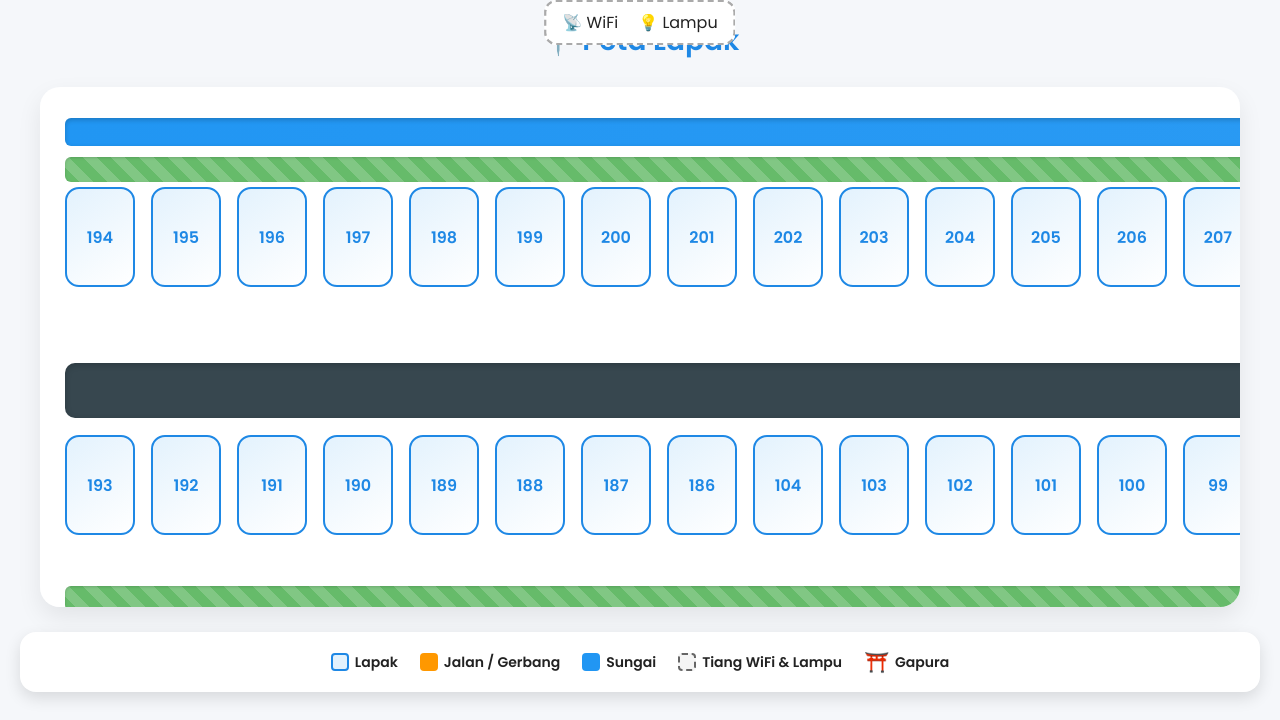
Repository: pasarrakyatbak/denah
Page: index.html
An editor plug-in stored every save of this project. The page is shown before and after a run of saves, followed by the edit.
The browser window is 1280 px wide. The pictures show the whole page.
An inner scrolling area shows only its first screen.

Above is the page before, as saved 2025-09-19 18:52:58.

### index.html
<!DOCTYPE html>
<html lang="id">

<head>
    <meta charset="utf-8" />
    <meta name="viewport" content="width=device-width, initial-scale=1" />
    <title>Peta Lapak Modern</title>
    <link href="https://fonts.googleapis.com/css2?family=Poppins:wght@400;600&display=swap" rel="stylesheet">
    <link rel="stylesheet" href="style.css" />
</head>

<body>
    <h1>📍 Peta Lapak</h1>

    <!-- Tooltip -->
    <div class="tooltip" id="tooltip"></div>

    <!-- Grid Container -->
    <div class="scroll-container">
        <div class="h-inner">

            <!-- Rumput kiri -->
            <div class="sungai-side">🌊 Sungai</div>
            <div class="rumput">
                <div class="fasilitas">
                    <span>📡 WiFi</span>
                    <span>💡 Lampu</span>
                </div>
            </div>

            <div class="row bottom" id="right-side"></div>

            <!-- Jalan utama -->
            <div class="road-wrapper">
                <div class="road">JALAN UTAMA</div>
            </div>

            <div class="row top" id="left-side"></div>

            <!-- Rumput kanan -->
            <div class="rumput">
                <div class="fasilitas">
                    <span>📡 WiFi</span>
                    <span>💡 Lampu</span>
                </div>
            </div>
            <div class="sungai-side">🌊 Sungai</div>
        </div>
    </div>


    <!-- Legend -->
    <div class="legend">
        <div>
            <div class="legend-color lapak-color"></div> Lapak
        </div>
        <div>
            <div class="legend-color jalan-color"></div> Jalan / Gerbang
        </div>
        <div>
            <div class="legend-color sungai-color"></div> Sungai
        </div>
        <div>
            <div class="legend-color tiang-color"></div> Tiang WiFi & Lampu
        </div>
        <div>
            <div class="legend-icon">⛩️</div> Gapura
        </div>
    </div>
    </div>

    <script src="script.js"></script>
</body>

</html>

### style.css
/* Reset & Base */
* {
    margin: 0;
    padding: 0;
    box-sizing: border-box;
}

body {
    font-family: 'Poppins', sans-serif;
    background: #f5f7fa;
    color: #222;
    padding: 20px;
    text-align: center;
}

h1 {
    font-size: 28px;
    margin-bottom: 25px;
    color: #1e88e5;
    font-weight: 700;
}

/* Scroll container */
.scroll-container {
    width: 100%;
    max-width: 1200px;
    height: 520px;
    overflow: auto;
    background: #fff;
    border-radius: 20px;
    padding: 25px;
    box-shadow: 0 10px 25px rgba(0, 0, 0, 0.08);
    margin: auto;
}

.h-inner {
    display: flex;
    flex-direction: column;
    gap: 5px;
    min-width: max-content;
}

.row {
    display: flex;
    gap: 16px;
    align-items: flex-start;
    flex-wrap: wrap;
    min-width: max-content;
}

/* Lapak modern */
.lapak {
    width: 70px;
    height: 100px;
    border-radius: 14px;
    background: linear-gradient(145deg, #e3f2fd, #ffffff);
    border: 2px solid #1e88e5;
    color: #1e88e5;
    font-weight: 600;
    display: flex;
    align-items: center;
    justify-content: center;
    cursor: pointer;
    font-size: 16px;
    transition: all 0.3s ease;
}

.lapak:hover {
    background: #1e88e5;
    color: #fff;
    transform: translateY(-6px) scale(1.08);
    box-shadow: 0 10px 18px rgba(30, 136, 229, 0.35);
}

/* Jalan utama */
.road {
    height: 85px;
    background: #37474f;
    color: #fff;
    display: flex;
    align-items: center;
    justify-content: center;
    border-radius: 14px;
    font-weight: 700;
    font-size: 16px;
    margin: 12px 0;
    letter-spacing: 1px;
    box-shadow: inset 0 2px 6px rgba(0, 0, 0, 0.2);
}

/* Jalan / Gerbang */
.jalan-gerbang {
    width: 150px;
    height: 50px;
    background: #ff9800;
    color: #fff;
    display: flex;
    align-items: center;
    justify-content: center;
    border-radius: 12px;
    font-weight: 700;
    transition: all 0.3s;
    box-shadow: 0 4px 12px rgba(255, 152, 0, 0.3);
}

.jalan-gerbang:hover {
    background: #fb8c00;
    transform: translateY(-4px);
}

/* Gapura lintas jalan */
.gapura-container {
    width: 70px;
    height: 100px;
    display: flex;
    flex-direction: column;
    align-items: center;
    justify-content: center;
    gap: 4px;
}

.gapura-icon {
    font-size: 26px;
}

.gapura-arrow {
    font-size: 18px;
}

/* Sungai */
.sungai-bawah {
    background: linear-gradient(180deg, #2196f3 0%, #64b5f6 100%);
    border-radius: 12px;
    color: #fff;
    font-weight: 600;
    display: flex;
    align-items: center;
    justify-content: center;
    font-size: 0.85em;
    width: 120%;
    height: 40px;
    box-shadow: 0 3px 8px rgba(33, 150, 243, 0.4);
}

.sungai-atas {
    background: linear-gradient(90deg, #00bfff, #4fc3f7);
    color: #fff;
    font-size: 12px;
    font-weight: bold;
    padding: 4px 10px;
    border-radius: 8px;
    margin-bottom: 5px;
}

/* Tiang WiFi + Lampu */
.tiang-container {
    width: auto;
    min-width: 120px;
    padding: 8px 12px;
    background: #fafafa;
    border: 2px dashed #666;
    border-radius: 16px;
    display: flex;
    flex-direction: row;
    /* <== sejajar horizontal */
    align-items: center;
    justify-content: center;
    gap: 12px;
    /* jarak antar ikon */
    font-size: 22px;
    font-weight: bold;
    color: #444;
    box-shadow: inset 0 2px 6px rgba(0, 0, 0, 0.05);
}

.tiang-label {
    font-size: 11px;
    font-weight: 600;
    color: #222;
}


/* Tooltip */
.tooltip {
    position: absolute;
    background: rgba(30, 136, 229, 0.95);
    color: #fff;
    padding: 7px 12px;
    border-radius: 8px;
    font-size: 13px;
    pointer-events: none;
    opacity: 0;
    transition: opacity 0.2s, transform 0.2s;
    z-index: 10;
    transform: translateY(-4px);
}

/* Legend */
.legend {
    margin-top: 25px;
    background: #fff;
    padding: 14px 20px;
    border-radius: 16px;
    box-shadow: 0 6px 16px rgba(0, 0, 0, 0.12);
    font-size: 14px;
    font-weight: 600;
    line-height: 1.6;
    display: flex;
    gap: 22px;
    justify-content: center;
    flex-wrap: wrap;
}

.legend div {
    display: flex;
    align-items: center;
    gap: 6px;
}

.legend-color {
    width: 18px;
    height: 18px;
    border-radius: 4px;
}

.legend-icon {
    font-size: 20px;
}

/* Legend colors */
.lapak-color {
    background: #e3f2fd;
    border: 2px solid #1e88e5;
}

.jalan-color {
    background: #ff9800;
}

.sungai-color {
    background: #2196f3;
}

.tiang-color {
    background: #f5f5f5;
    border: 2px dashed #666;
}

/* Wrapper */
.lapak-wrapper {
    display: flex;
    flex-direction: column;
    align-items: center;
    gap: 6px;
}

.lapak-wrapper .lapak {
    order: 2;
}

.lapak-wrapper .jalan-gerbang,
.lapak-wrapper .gapura-container,
.lapak-wrapper .sungai-atas,
.lapak-wrapper .sungai-bawah,
.lapak-wrapper .tiang-container {
    order: 1;
}

/* Bungkus jalan + rumput */
.road-wrapper {
    display: flex;
    flex-direction: column;
    gap: 6px;
    width: 100%;
}

/* Jalan utama penuh kiri kanan */
.road {
    height: 55px;
    width: 100%;
    background: #37474f;
    color: #fff;
    display: flex;
    align-items: center;
    justify-content: center;
    border-radius: 10px;
    font-weight: 700;
    font-size: 16px;
    letter-spacing: 1px;
    box-shadow: inset 0 2px 6px rgba(0, 0, 0, 0.2);
}

/* Rumput di sisi jalan */
.rumput {
    height: 25px;
    width: 100%;
    background: repeating-linear-gradient(45deg,
            #66bb6a,
            #66bb6a 10px,
            #81c784 10px,
            #81c784 20px);
    border-radius: 6px;
    box-shadow: inset 0 1px 3px rgba(0, 0, 0, 0.15);
}

/* Sungai samping */
.sungai-side {
    width: 100%;
    height: 28px;
    background: linear-gradient(90deg, #2196f3, #64b5f6);
    border-radius: 6px;
    color: #fff;
    font-weight: 600;
    font-size: 13px;
    display: flex;
    align-items: center;
    justify-content: center;
    gap: 6px;
    box-shadow: inset 0 2px 5px rgba(0, 0, 0, 0.2);
    margin: 6px 0;
}

.fasilitas {
    position: absolute;
    /* biar tidak mendorong elemen lain */
    top: 0;
    /* sesuaikan posisinya di atas lapak */
    left: 50%;
    /* posisikan di tengah horizontal */
    transform: translateX(-50%);
    /* agar benar-benar center */
    display: flex;
    gap: 20px;
    padding: 8px 16px;
    border: 2px dashed #aaa;
    border-radius: 12px;
    background: #fff;
    z-index: 10;
    /* supaya muncul di atas */
}

/* Responsive */
@media(max-width:900px) {
    .scroll-container {
        height: 450px;
    }

    .lapak {
        width: 60px;
        height: 90px;
        font-size: 14px;
    }

    .jalan-gerbang {
        width: 120px;
        height: 45px;
        font-size: 13px;
    }
}

@media(max-width:600px) {
    body {
        padding: 12px;
    }

    h1 {
        font-size: 22px;
    }

    .scroll-container {
        height: 400px;
        padding: 12px;
    }

    .lapak {
        width: 50px;
        height: 80px;
        font-size: 13px;
    }

    .jalan-gerbang {
        width: 100px;
        height: 40px;
        font-size: 12px;
    }

    .sungai-bawah {
        width: 100%;
        height: 35px;
        font-size: 0.75em;
    }
}

### script.js
// DATA NOMOR
const leftNumbers = [1, 2, 3, 4, 5, 6, 7, 8, 9, 10, 11, 15, 16, 17, 18, 19, 20, 21, 22, 23, 24, 25, 26, 27, 28, 29, 30, 31, 32, 33, 34, 35, 36, 37, 38, 39, 40, 41, 42, 43, 44, 45, 46, 47, 48, 49, 50, 51, 52, 53, 54, 55, 56, 57, 58, 59, 60, 61, 62, 63, 64, 65, 66, 67, 68, 69, 70, 71, 72, 73, 74, 75, 76, 77, 78, 79, 80, 81, 82, 83, 84, 85, 86, 87, 88, 89, 90, 91, 92, 93, 94, 95, 96, 97, 98, 99, 100, 101, 102, 103, 104, 186, 187, 188, 189, 190, 191, 192, 193];
const rightNumbers = [194, 195, 196, 197, 198, 199, 200, 201, 202, 203, 204, 205, 206, 207, 208, 209, 210, 211, 212, 213, 105, 106, 107, 108, 109, 110, 111, 112, 113, 114, 115, 116, 117, 118, 119, 120, 121, 122, 123, 124, 125, 126, 127, 128, 129, 130, 131, 132, 133, 134, 135, 136, 137, 138, 214, 215, 216, 139, 140, 141, 142, 143, 144, 145, 146, 147, 148, 149, 150, 151, 152, 153, 154, 155, 156, 157, 158, 159, 160, 161, 162, 163, 164, 165, 166, 167, 168, 169, 170, 171, 172, 173, 174, 175, 176, 177, 178, 179, 180, 181, 182, 183, 184, 185];

const rightSide = document.getElementById('right-side');
const leftSide = document.getElementById('left-side');

// Buat lapak
function makeLapak(num) {
    const d = document.createElement('div');
    d.className = 'lapak';
    d.textContent = num;
    return d;
}

rightNumbers.forEach(n => rightSide.appendChild(makeLapak(n)));
leftNumbers.slice().reverse().forEach(n => leftSide.appendChild(makeLapak(n)));

// Gerbang
function insertGerbangBetween(parent, a, b, label = 'Gerbang') {
    const children = Array.from(parent.children);
    const idxA = children.findIndex(c => c.textContent == String(a));
    const idxB = children.findIndex(c => c.textContent == String(b));
    if (idxA === -1 || idxB === -1) return;
    const insertAfterIndex = Math.min(idxA, idxB);
    const refNode = parent.children[insertAfterIndex + 1] || null;
    const g = document.createElement('div');
    g.className = 'jalan-gerbang';
    g.textContent = label;
    parent.insertBefore(g, refNode);
}
insertGerbangBetween(leftSide, 2, 3);
insertGerbangBetween(leftSide, 11, 15);

// Gapura lintas jalan
function insertGapura(leftParent, rightParent, a, b) {
    const idxL = Array.from(leftParent.children).findIndex(c => c.textContent == a);
    const idxR = Array.from(rightParent.children).findIndex(c => c.textContent == b);
    if (idxL === -1 || idxR === -1) return;

    const gapuraBottom = document.createElement('div');
    gapuraBottom.className = 'gapura-container';
    gapuraBottom.innerHTML = `<div class="gapura-icon">⛩️</div><div class="gapura-arrow">⬆️</div>`;
    leftParent.insertBefore(gapuraBottom, leftParent.children[idxL + 1]);

    const gapuraTop = document.createElement('div');
    gapuraTop.className = 'gapura-container';
    gapuraTop.innerHTML = `<div class="gapura-arrow">⬇️</div><div class="gapura-icon">⛩️</div>`;
    rightParent.insertBefore(gapuraTop, rightParent.children[idxR]);
}
insertGapura(leftSide, rightSide, 57, 146);

// Sungai
function placeSungaiBelow(parent, num) {
    const target = Array.from(parent.children).find(c => c.textContent == num);
    if (!target) return;
    const wrapper = document.createElement('div');
    wrapper.className = 'lapak-wrapper';
    wrapper.setAttribute('data-lapak', num);
    parent.insertBefore(wrapper, target);
    wrapper.appendChild(target);

    const sungai = document.createElement('div');
    sungai.className = 'sungai-bawah';
    sungai.textContent = 'Sungai';
    wrapper.appendChild(sungai);
}
function placeSungaiAbove(parent, num) {
    const target = Array.from(parent.children).find(c => c.textContent == num);
    if (!target) return;
    const wrapper = document.createElement('div');
    wrapper.className = 'lapak-wrapper';
    wrapper.setAttribute('data-lapak', num);
    parent.insertBefore(wrapper, target);
    wrapper.appendChild(target);

    const sungai = document.createElement('div');
    sungai.className = 'sungai-atas';
    sungai.textContent = 'Sungai';
    wrapper.insertBefore(sungai, target);
}
placeSungaiBelow(leftSide, 62);
placeSungaiAbove(rightSide, 141);

// Tiang WiFi + Lampu
function insertTiangAbove(parent, num) {
    const target = Array.from(parent.children).find(c => c.textContent == num);
    if (!target) return;

    // Bungkus dulu
    const wrapper = document.createElement('div');
    wrapper.className = 'lapak-wrapper';
    parent.insertBefore(wrapper, target);
    wrapper.appendChild(target);

    // Tambah tiang di atas lapak
    const tiang = document.createElement('div');
    tiang.className = 'tiang-container';
    tiang.innerHTML = `📡<div class="tiang-label">WiFi</div>💡<div class="tiang-label">Lampu</div>`;
    wrapper.insertBefore(tiang, target);
}


// Jalan
function insertJalan(parent, a, b, label = 'Jalan') {
    const idxA = Array.from(parent.children).findIndex(c => c.textContent == a);
    const idxB = Array.from(parent.children).findIndex(c => c.textContent == b);
    if (idxA === -1 || idxB === -1) return;
    const insertAfter = Math.min(idxA, idxB);
    const refNode = parent.children[insertAfter + 1] || null;
    const jalan = document.createElement('div');
    jalan.className = 'jalan-gerbang';
    jalan.textContent = label;
    parent.insertBefore(jalan, refNode);
}

// Contoh insert
insertJalan(rightSide, 156, 157);
insertJalan(rightSide, 216, 139);
insertJalan(rightSide, 163, 164);
insertJalan(rightSide, 180, 181);
insertTiangAbove(rightSide, 20, 201);
insertTiangAbove(rightSide, 108, 109);
insertTiangAbove(rightSide, 124, 125);
insertTiangAbove(rightSide, 137, 138);

const tooltip = document.getElementById('tooltip');

function showTooltip(e, text) {
    tooltip.textContent = text;
    tooltip.style.left = e.pageX + 10 + 'px';
    tooltip.style.top = e.pageY + 10 + 'px';
    tooltip.style.opacity = 1;
}

function hideTooltip() {
    tooltip.style.opacity = 0;
}

// Tambahkan tooltip untuk setiap elemen
document.querySelectorAll('.lapak').forEach(el => {
    el.addEventListener('mouseenter', e => showTooltip(e, 'Lapak #' + el.textContent));
    el.addEventListener('mousemove', e => showTooltip(e, 'Lapak #' + el.textContent));
    el.addEventListener('mouseleave', hideTooltip);
});

document.querySelectorAll('.jalan-gerbang').forEach(el => {
    el.addEventListener('mouseenter', e => showTooltip(e, 'Jalan / Gerbang: ' + el.textContent));
    el.addEventListener('mousemove', e => showTooltip(e, 'Jalan / Gerbang: ' + el.textContent));
    el.addEventListener('mouseleave', hideTooltip);
});

document.querySelectorAll('.sungai-bawah, .sungai-atas').forEach(el => {
    el.addEventListener('mouseenter', e => showTooltip(e, 'Sungai'));
    el.addEventListener('mousemove', e => showTooltip(e, 'Sungai'));
    el.addEventListener('mouseleave', hideTooltip);
});

document.querySelectorAll('.tiang-container').forEach(el => {
    el.addEventListener('mouseenter', e => showTooltip(e, 'Tiang WiFi & Lampu'));
    el.addEventListener('mousemove', e => showTooltip(e, 'Tiang WiFi & Lampu'));
    el.addEventListener('mouseleave', hideTooltip);
});

document.querySelectorAll('.gapura-container').forEach(el => {
    el.addEventListener('mouseenter', e => showTooltip(e, 'Gapura Lintas Jalan'));
    el.addEventListener('mousemove', e => showTooltip(e, 'Gapura Lintas Jalan'));
    el.addEventListener('mouseleave', hideTooltip);
});

After the next 4 saves:
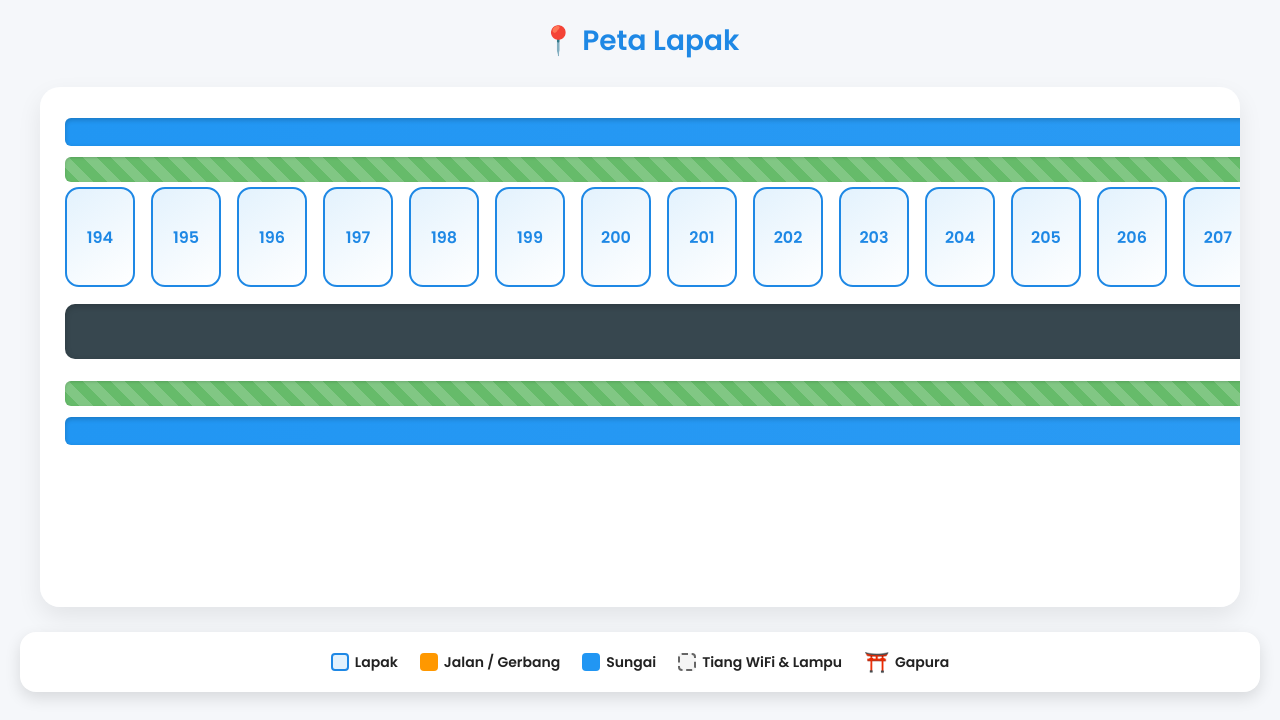
Console error: TypeError: Cannot read properties of null (reading 'appendChild')
The 4 saves are shown as one change because they came seconds apart.
The last was saved 31 s later.
--- a/index.html
+++ b/index.html
@@ -21,12 +21,7 @@
 
             <!-- Rumput kiri -->
             <div class="sungai-side">🌊 Sungai</div>
-            <div class="rumput">
-                <div class="fasilitas">
-                    <span>📡 WiFi</span>
-                    <span>💡 Lampu</span>
-                </div>
-            </div>
+            <div class="rumput"></div>
 
             <div class="row bottom" id="right-side"></div>
 
@@ -35,15 +30,11 @@
                 <div class="road">JALAN UTAMA</div>
             </div>
 
-            <div class="row top" id="left-side"></div>
+            <!-- Lapak kanan (bawah jalan) -->
+            <div class="row bottom" id="right-side"></div>
 
             <!-- Rumput kanan -->
-            <div class="rumput">
-                <div class="fasilitas">
-                    <span>📡 WiFi</span>
-                    <span>💡 Lampu</span>
-                </div>
-            </div>
+            <div class="rumput"></div>
             <div class="sungai-side">🌊 Sungai</div>
         </div>
     </div>

After the save that followed:
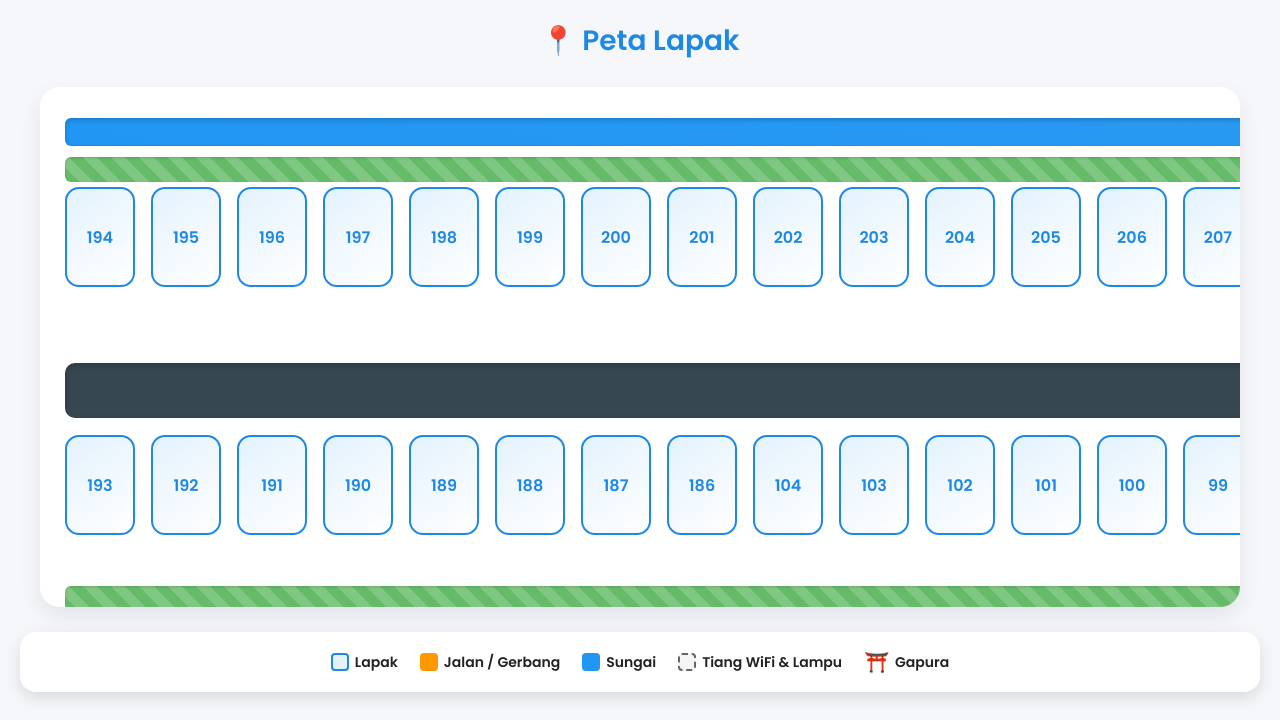
The error is gone.
Saved 24 s later.
--- a/index.html
+++ b/index.html
@@ -30,8 +30,8 @@
                 <div class="road">JALAN UTAMA</div>
             </div>
 
-            <!-- Lapak kanan (bawah jalan) -->
-            <div class="row bottom" id="right-side"></div>
+            <!-- Lapak kiri (sekarang di bawah jalan utama) -->
+            <div class="row top" id="left-side"></div>
 
             <!-- Rumput kanan -->
             <div class="rumput"></div>
